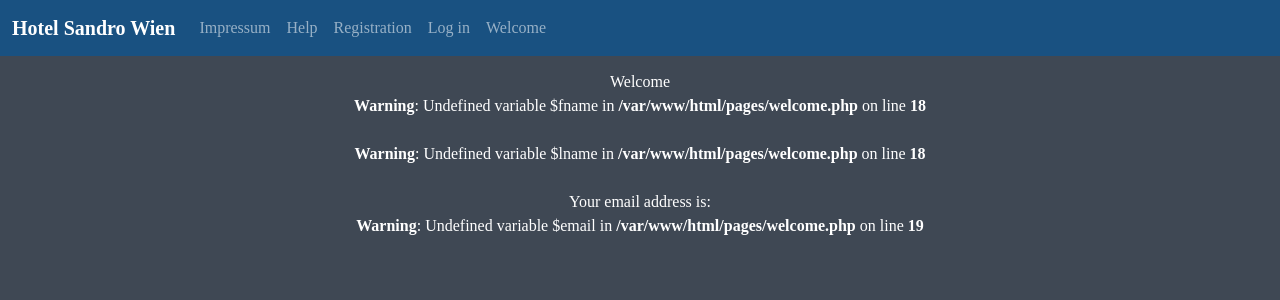
Repository: TIS0N/Hotel_Sandro
Page: http://localhost/pages/welcome.php
These files come from the project's save history. The page is drawn as it stood at one moment and after the next save; the edit follows.
The browser window is 1280 px wide. The pictures show the whole page.
The page is run by PHP 8.4 with error messages shown; the project is at /var/www/html/.

Above is the page before, as saved 2022-10-19 11:52:56.

### pages/welcome.php
<!DOCTYPE html>
<html lang="en">
<head>
    <meta charset="UTF-8">
    <meta http-equiv="X-UA-Compatible" content="IE=edge">
    <meta name="viewport" content="width=device-width, initial-scale=1.0">
    <link href="https://cdn.jsdelivr.net/npm/bootstrap@5.2.2/dist/css/bootstrap.min.css" rel="stylesheet" integrity="sha384-Zenh87qX5JnK2Jl0vWa8Ck2rdkQ2Bzep5IDxbcnCeuOxjzrPF/et3URy9Bv1WTRi" crossorigin="anonymous">
    <script src="https://cdn.jsdelivr.net/npm/bootstrap@5.2.2/dist/js/bootstrap.bundle.min.js" integrity="sha384-OERcA2EqjJCMA+/3y+gxIOqMEjwtxJY7qPCqsdltbNJuaOe923+mo//f6V8Qbsw3" crossorigin="anonymous"></script>
    <link rel="stylesheet" href="../res/css/stylesheet.css">
    <title>Welcome</title>
</head>
<body id="body">

<?php
    include "../inc/navigation.php";
?>

Welcome <?php echo $fname; echo $lname ?><br>
Your email address is: <?php echo $email; ?>


</body>
</html>

### inc/navigation.php
<?php
    if(file_exists("./index.php")){
        $includePath = ".";
    }
    else{
        $includePath = "..";
    }
?>

<div id="navBar">
        <nav class="navbar fixed-top navbar-expand-lg navbar-dark" style="background-color: #195181;">
            <div class="container-fluid">
                <a class="navbar-brand" href= <?php echo "$includePath/index.php"?> style="color: rgb(255, 255, 255);"><strong>Hotel Sandro Wien</strong></a>
                <button class="navbar-toggler" type="button" data-bs-toggle="collapse" data-bs-target="#navbarNav" aria-controls="navbarNav" aria-expanded="false" aria-label="Toggle navigation">
                    <span class="navbar-toggler-icon"></span>
                </button>
                <div class="collapse navbar-collapse" id="navbarNav">
                    <ul class="navbar-nav">
                        <li class="nav-item">
                            <a class="nav-link"href= <?php echo "$includePath/pages/impressum.php"?> class="navbar-brand">Impressum</a>
                        </li>
                        <li class="nav-item">
                            <a class="nav-link" href=<?php echo "$includePath/pages/help.php"?> class="navbar-brand">Help</a>
                        </li>
                        <li class="nav-item">
                            <a class="nav-link" href=<?php echo "$includePath/pages/registration.php"?> class="navbar-brand">Registration</a>
                        </li>
                        <li class="nav-item">
                            <a class="nav-link" href=<?php echo "$includePath/pages/login.php"?> class="navbar-brand">Log in</a>
                        </li>
                        <li class="nav-item">
                            <a class="nav-link" href=<?php echo "$includePath/pages/welcome.php"?> class="navbar-brand">Welcome</a>
                        </li>

                    </ul>
                </div>
            </div>
        </nav>
    </div>

### res/css/stylesheet.css
body{
    background-color: rgb(63, 72, 84);
    color: rgb(255, 255, 255);
    padding-top: 70px;
    padding-bottom: 70px;
    text-align: center;
    font-family: cursive;
}

#hotelSandroPhoto{
    width: 600px;
    height: 450px;
}

#formular{
    background-color: #195181;
    border-radius: 10px;
    border-color: rgb(255, 255, 255);
    border-style: double;
}

After the next save:
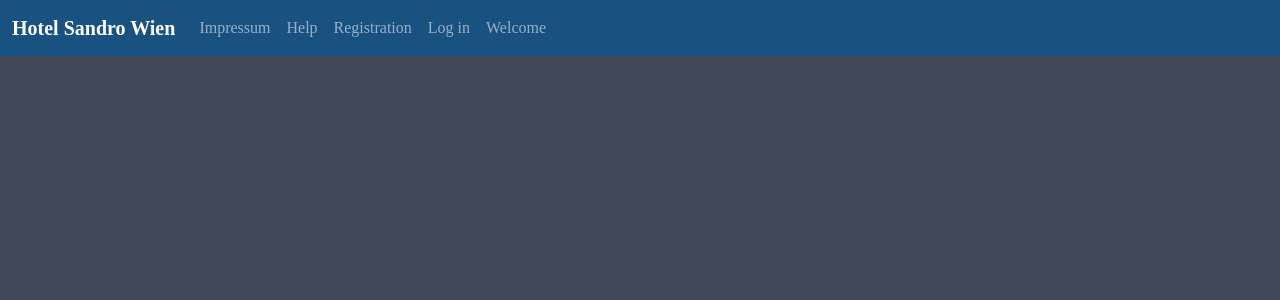
Saved 31 s later.
--- a/pages/welcome.php
+++ b/pages/welcome.php
@@ -15,8 +15,7 @@
     include "../inc/navigation.php";
 ?>
 
-Welcome <?php echo $fname; echo $lname ?><br>
-Your email address is: <?php echo $email; ?>
+
 
 
 </body>
